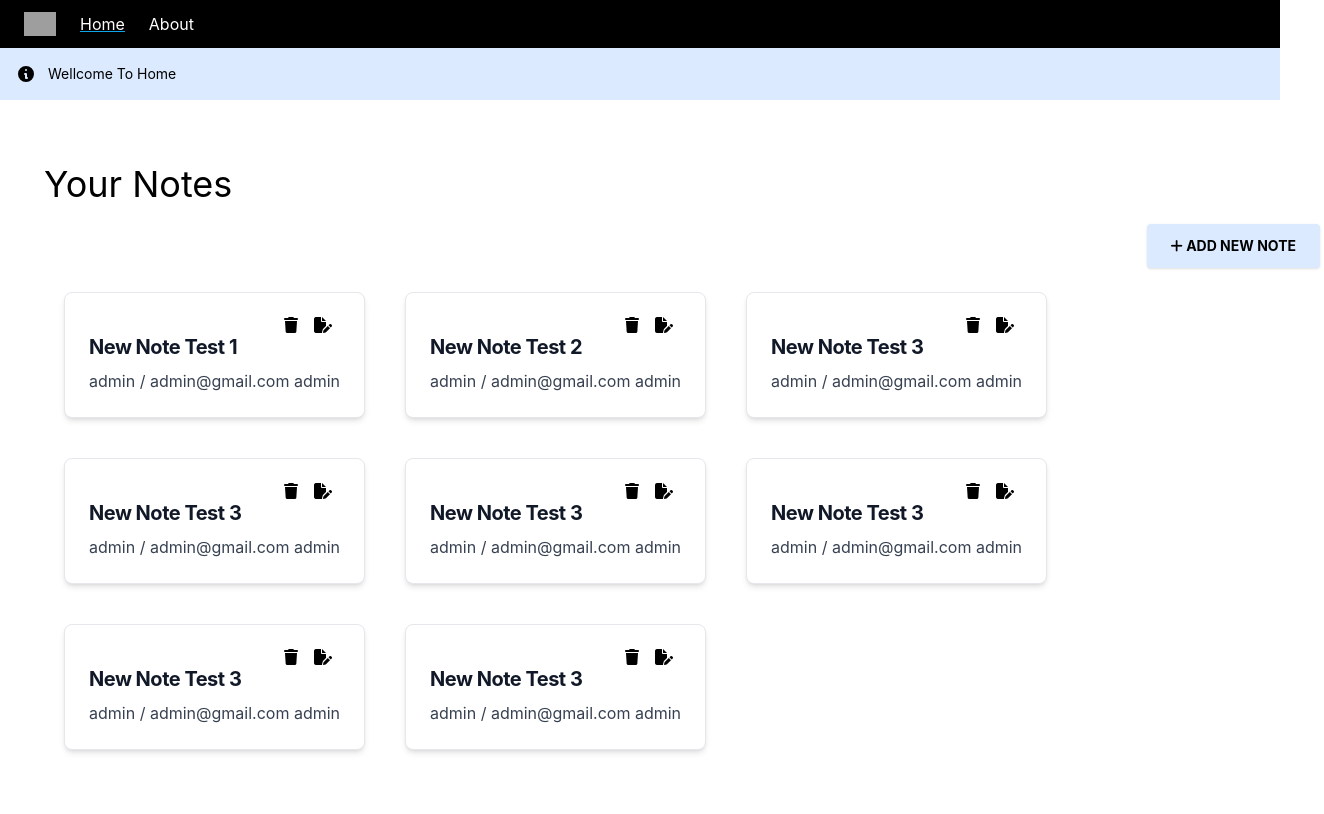
Repository: sonawaneteju4/iNote
Page: /
An editor plug-in stored every save of this project. The page is shown before and after the next save, followed by the edit.
The browser window is 1280 px wide. The page is 1324 px wide, so the pictures cover 1324 px, including what lies to the right of the window. The pictures show the whole page.
Pictures or frames that could not be fetched are drawn as grey boxes. Some web libraries are served in a nearby version. The project was rebuilt for these pictures with package versions that can differ from the ones it lists, and the page was loaded fresh each time. Also part of the build but not shown: src/components/AddNote.js, src/components/About.js.

Above is the page before, as saved 2022-10-11 10:52:40.

After the next save:
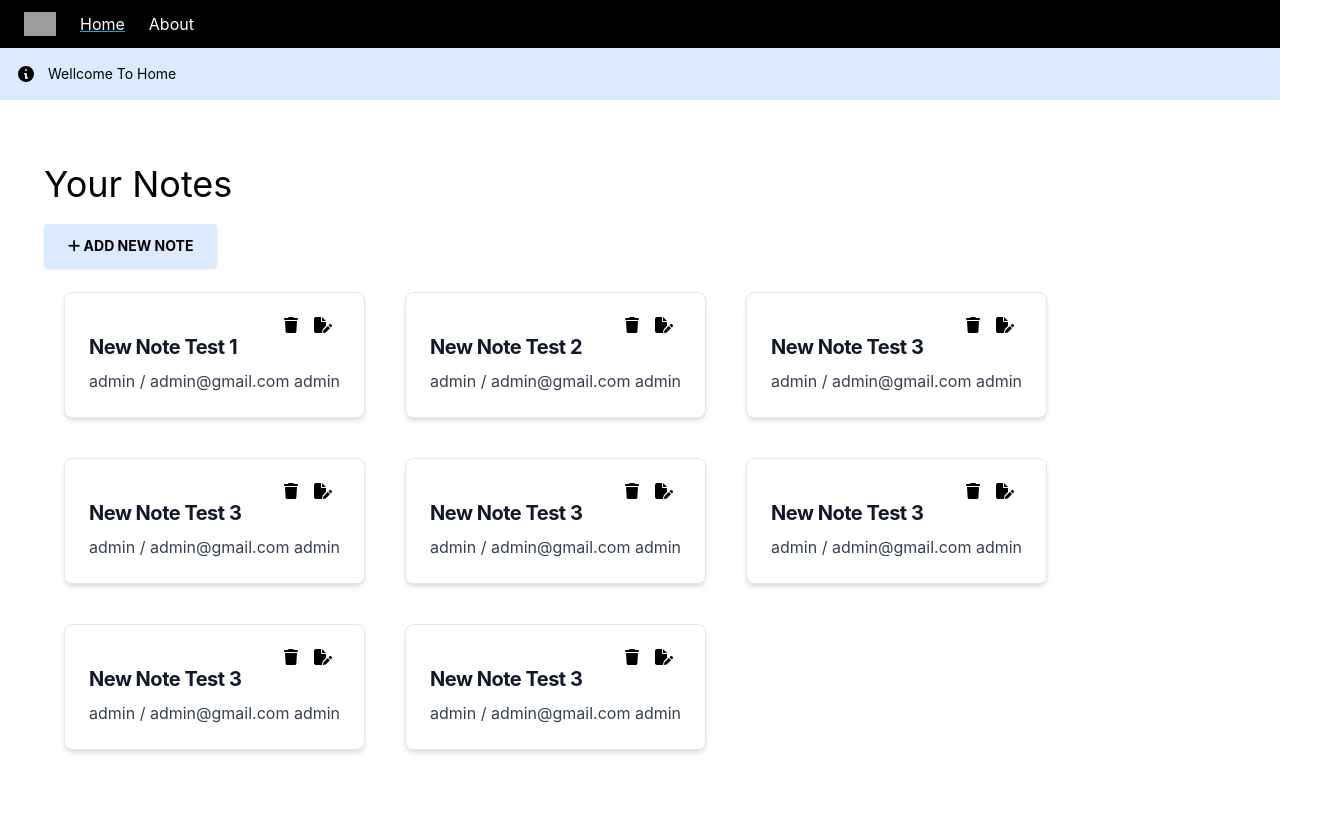
Saved 4 s later.
--- a/src/components/Notes.js
+++ b/src/components/Notes.js
@@ -11,7 +11,7 @@ const Notes = () => {
   return (
     <div>
       <h1 className='py-5 text-4xl'>Your Notes</h1>
-<div className='flex flex-row justify-end '>
+<div className='flex flex-row'>
 
       <button
         className="bg-blue-100 text-black active:bg-pink-600 font-bold uppercase text-sm px-6 py-3 rounded shadow hover:shadow-lg outline-none focus:outline-none mr-1 mb-1 ease-linear transition-all duration-150"
